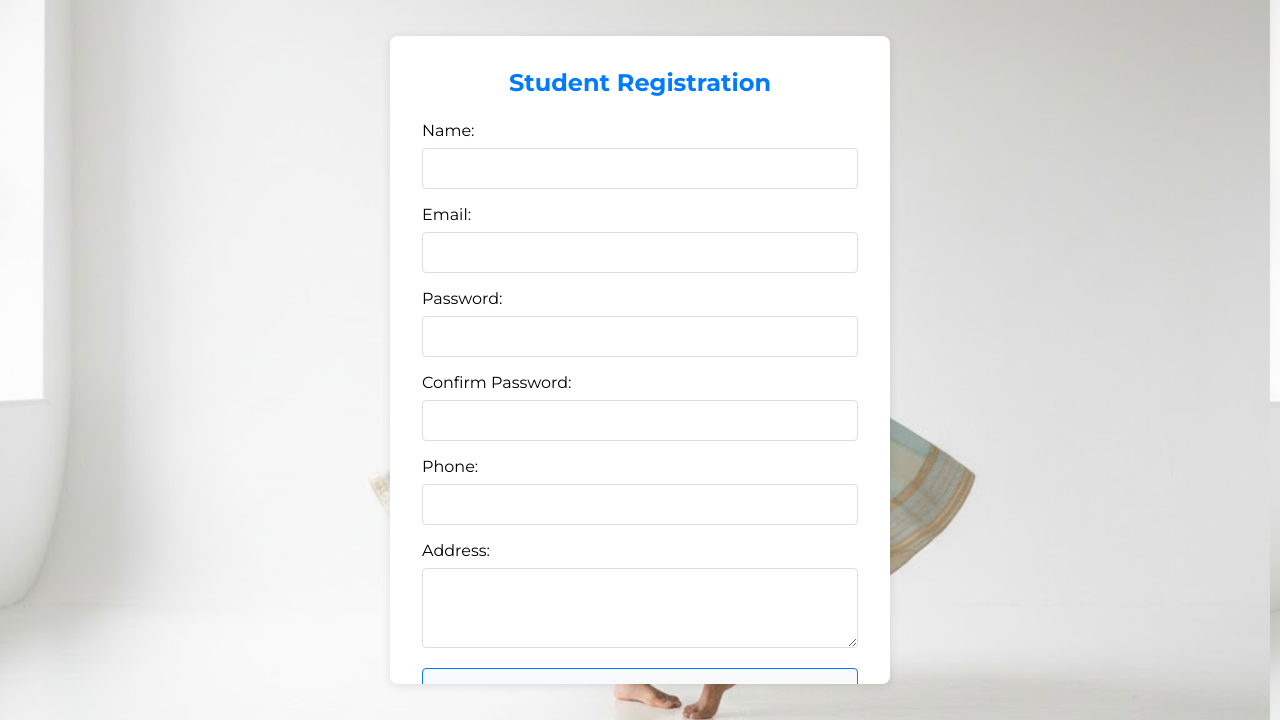
Repository: Priyadharshini-J-CSE/StepSync_Dance_Mangement_System
Page: /user-register (app in frontend/)
These files come from the project's save history. The page is drawn as it stood at one moment and after the next save; the edit follows.
The browser window is 1280 px wide. The pictures show the whole page.
An inner scrolling area shows only its first screen. Some web fonts or font styles are not loaded; a fallback is used. Some web libraries are served in a nearby version. The project was rebuilt for these pictures with package versions that can differ from the ones it lists, and the page was loaded fresh each time. Also part of the build but not shown: frontend/src/index.css, frontend/src/pages/LandingPage.js, frontend/src/components/Alert.js, frontend/src/pages/UserLogin.js, frontend/src/pages/AdminLogin.js, frontend/src/pages/AdminRegister.js, frontend/src/pages/ForgotPassword.js, frontend/src/components/Navbar.js and 17 more.

Above is the page before, as saved 2025-12-18 10:48:16.

After the next save:
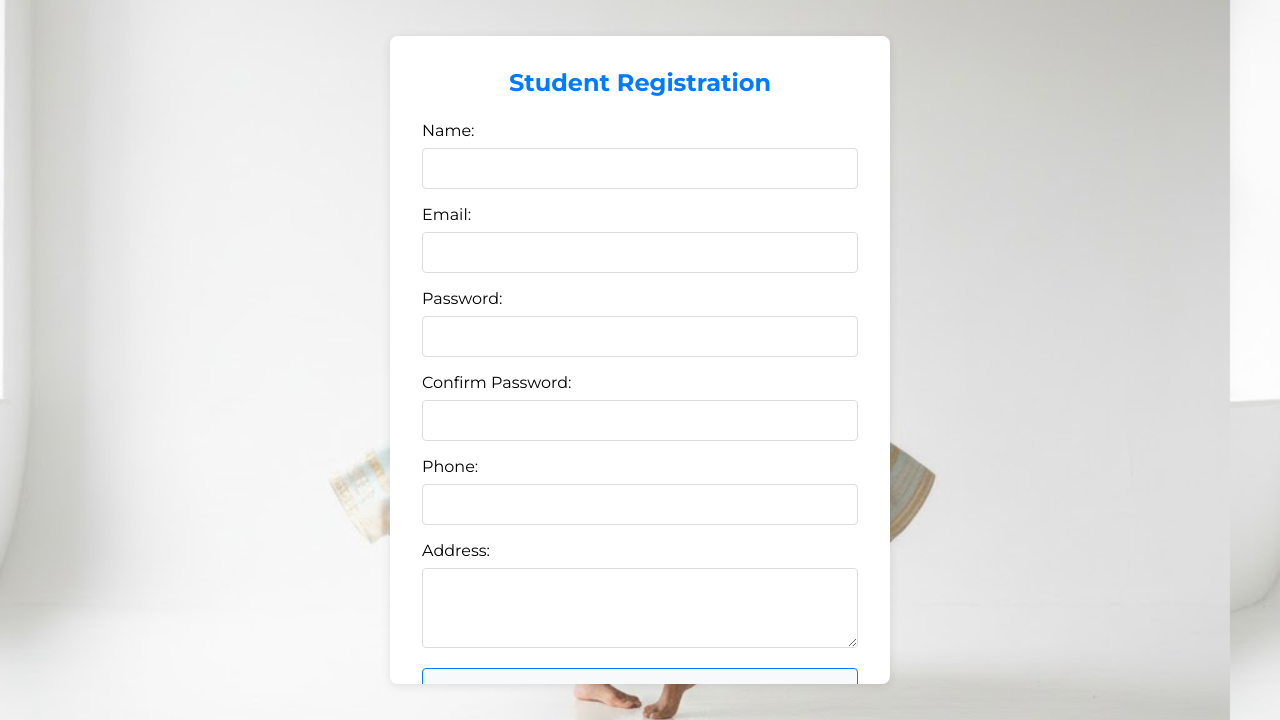
Saved 4 s later.
--- a/frontend/src/pages/UserRegister.js
+++ b/frontend/src/pages/UserRegister.js
@@ -65,7 +65,7 @@ const UserRegister = () => {
       padding: '1rem',
       backgroundImage: 'url(/image.jpg)',
       backgroundSize: 'cover',
-      backgroundPosition: 'bottom 30% right 10px',
+      backgroundPosition: 'bottom 30% right 50px',
       backgroundAttachment: 'fixed'
     }}>
       <form onSubmit={handleSubmit} style={{
